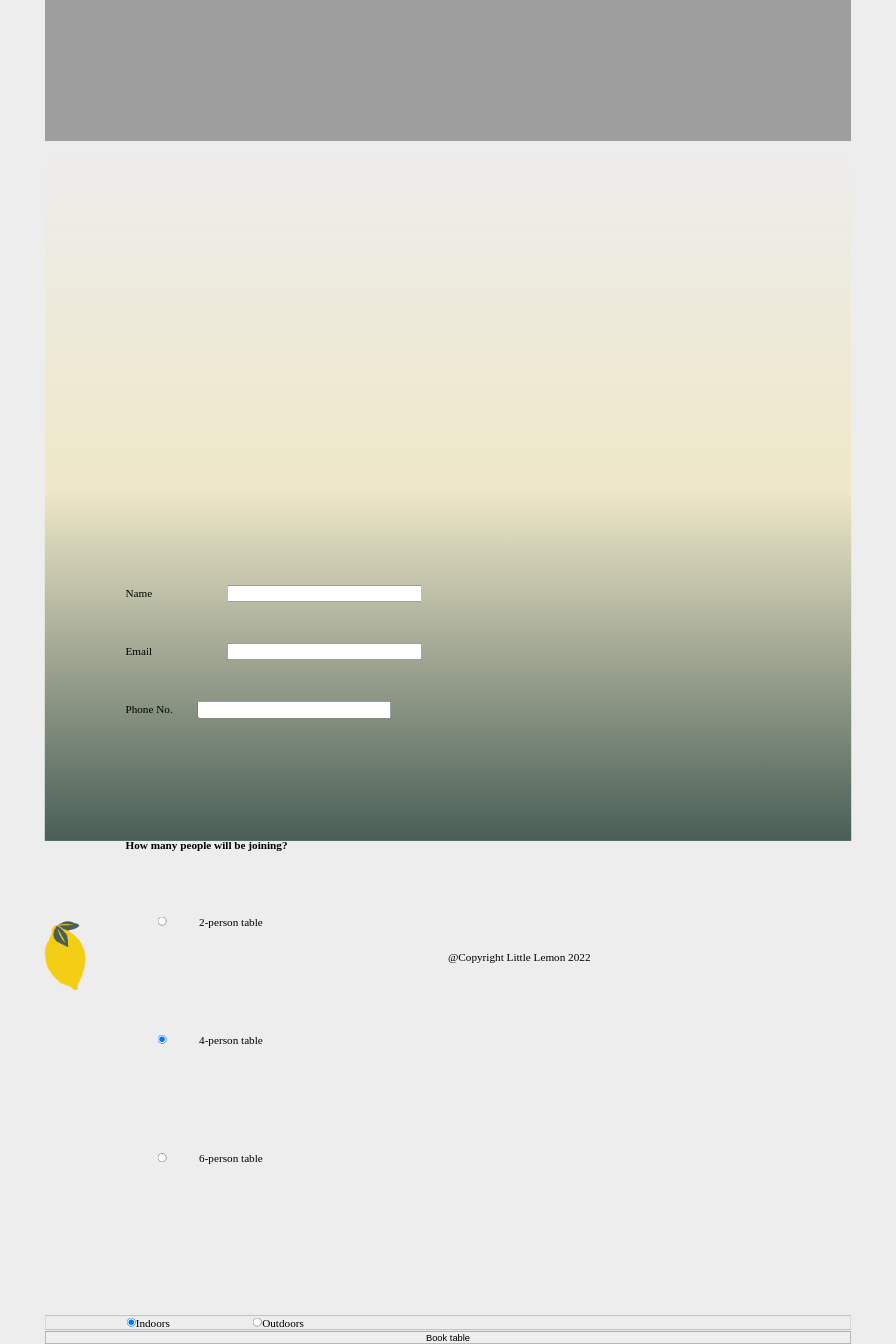
Repository: klone007/littleLemon
Page: index.html
An editor plug-in stored every save of this project. The page is shown before and after the next save, followed by the edit.
The browser window is 1280 px wide. The pictures show the part of the page from y = 2766 to 4686 px (the page is 4686 px tall before and 4425 px after), at 70% of full size.
Pictures or frames that could not be fetched are drawn as grey boxes. A picture or video elsewhere on the page could not be fetched, so the positions and the page height are approximate. Backgrounds fixed to the window are drawn as part of the page.

Above is the page before, as saved 2022-11-17 13:37:11.

After the next save:
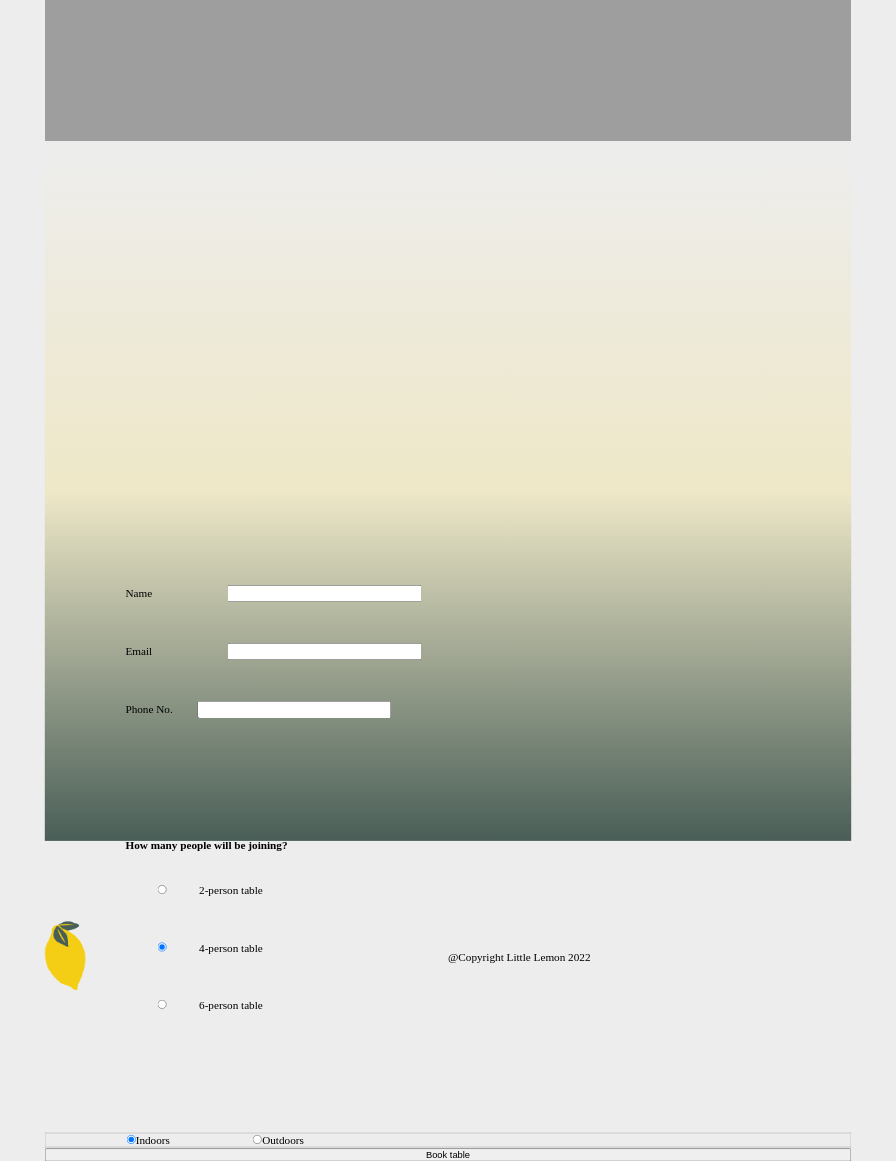
Saved 34 s later.
--- a/styles.css
+++ b/styles.css
@@ -515,7 +515,7 @@
 }
 
 input[name=size] {
-    margin:5%;
+    margin:0 5%;
 }
 
 #user_Name{
